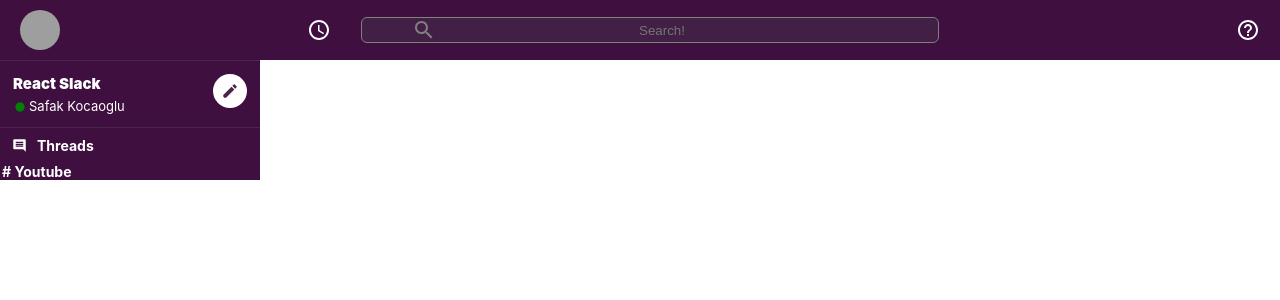
Repository: mminhaz93/React-Slack-Clone
Page: /
An editor plug-in stored every save of this project. The page is shown before and after the next save, followed by the edit.
The browser window is 1280 px wide. The pictures show the whole page.
Pictures or frames that could not be fetched are drawn as grey boxes. The project was rebuilt for these pictures with package versions that can differ from the ones it lists, and the page was loaded fresh each time.

Above is the page before, as saved 2020-08-13 21:23:28.

### src/index.css
* {
  margin: 0;
}

body {
  margin: 0;
  font-family: -apple-system, BlinkMacSystemFont, 'Segoe UI', 'Roboto', 'Oxygen',
    'Ubuntu', 'Cantarell', 'Fira Sans', 'Droid Sans', 'Helvetica Neue',
    sans-serif;
  -webkit-font-smoothing: antialiased;
  -moz-osx-font-smoothing: grayscale;
}

code {
  font-family: source-code-pro, Menlo, Monaco, Consolas, 'Courier New',
    monospace;
}

### src/App.js
import React from 'react';
import './App.css';
import Header from "./components/Header"
import Sidebar from "./components/Sidebar"

function App() {
  return (
    <div className="App">
      <Header />
      <div className="appBody">
        <Sidebar />
      </div>
    </div>
  );
}

export default App;

### src/components/Header.js
import React from "react";
import "./Header.css";
import { Avatar } from "@material-ui/core";
import { AccessTime, Search, HelpOutline } from "@material-ui/icons";

const Header = () => {
  return (
    <div className="header">
      <div className="headerLeft">
        <Avatar className="headerAvatar" alt="Safak" src="safak" />
        <AccessTime />
      </div>
      <div className="headerSearch">
        <Search />
        <input placeholder="Search!" />
      </div>
      <div className="headerRight">
        <HelpOutline />
      </div>
    </div>
  );
};

export default Header;

### src/components/Sidebar.js
import React from "react";
import "./Sidebar.css";
import { FiberManualRecord, Create, InsertComment } from "@material-ui/icons";
import SidebarOption from "./SidebarOption";

const Sidebar = () => {
  return (
    <div className="sidebar">
      <div className="sidebarHeader">
        <div className="sidebarInfo">
          <h2>React Slack</h2>
          <h3>
            <FiberManualRecord />
            Safak Kocaoglu
          </h3>
        </div>
        <Create />
      </div>
      <SidebarOption Icon={InsertComment} title="Threads" />
      <SidebarOption title="Youtube" />
    </div>
  );
};

export default Sidebar;

### src/components/Header.css
.header {
  display: flex;
  align-items: center;
  justify-content: space-between;
  padding: 10px 0;
  background-color: var(--slack-color);
  color: white;
}

.headerLeft {
  flex: 0.3;
  display: flex;
  align-items: center;
  margin-left: 20px;
}

.headerLeft > .MuiSvgIcon-root {
  margin-left: auto;
  margin-right: 30px;
}

.headerSearch {
  flex: 0.4;
  background-color: #421f44;
  text-align: center;
  display: flex;
  padding: 0 50px;
  color: gray;
  border: 1px solid gray;
  border-radius: 6px;
}

.headerSearch > input {
  background-color: transparent;
  border: none;
  text-align: center;
  min-width: 35vw;
}

.headerRight {
  flex: 0.3;
  display: flex;
  align-items: flex-end;
}

.headerRight > .MuiSvgIcon-root {
    margin-left: auto;
    margin-right: 20px;
  }

### src/components/Sidebar.css
.sidebar {
  background-color: var(--slack-color);
  border-top: 1px solid #49274b;
  max-width: 260px;
  color: white;
}

.sidebarHeader {
  display: flex;
  border-bottom: 1px solid #49274b;
  padding-bottom: 10px;
  padding: 13px;
}

.sidebarInfo {
  flex: 1;
}

.sidebarInfo > h2 {
  font-size: 15px;
  font-weight: 900;
  margin-bottom: 5px;
}

.sidebarInfo > h3 {
  display: flex;
  align-items: center;
  font-size: 13px;
  font-weight: 400;
}

.sidebarInfo > h3 > .MuiSvgIcon-root {
  font-size: 14px;
  margin-top: 1px;
  margin-right: 2px;
  color: green;
}

.sidebarHeader > .MuiSvgIcon-root {
  padding: 8px;
  color: #49274b;
  font-size: 18px;
  background-color: white;
  border-radius: 999px;
}

### src/components/SidebarOption.js
import React from "react";
import "./SidebarOption.css";

const SidebarOption = ({ Icon, title }) => {
  return (
    <div className="sidebarOption">
      {Icon && <Icon className="sidebarOptionIcon" />}
      {Icon ? <h3>{title}</h3> : <h3 className="SidebarOptionChannel"><span className="SidebarOptionHash">#</span> {title}</h3>}
    </div>
  );
};

export default SidebarOption;

### src/components/SidebarOption.css
.sidebarOption {
  display: flex;
  align-items: center;
  font-size: 12px;
  padding-left: 2px;
  cursor: pointer;
}

.sidebarOption:hover {
  opacity: 0.9;
  background-color: #340e36;
}

.sidebarOptionIcon {
  padding: 10px;
  font-size: 15px !important;
}

Loaded but not shown: public/index.html (common file); src/index.js (common file); src/serviceWorker.js (common file); src/App.css (common file)

After the next save:
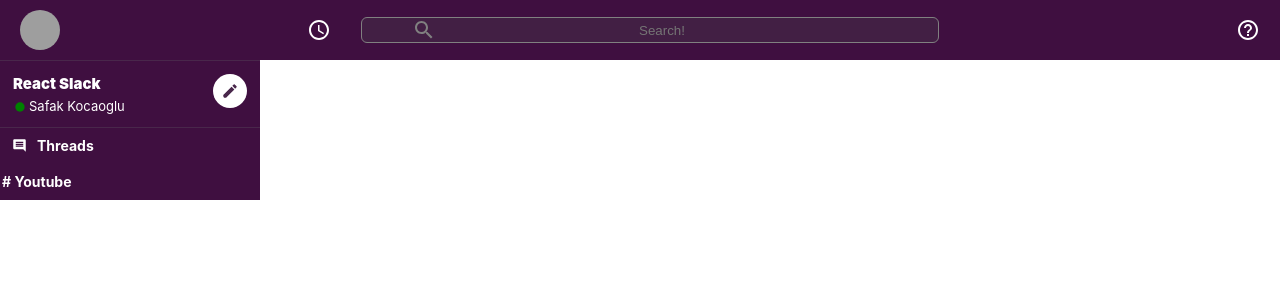
Saved 16 s later.
--- a/src/components/SidebarOption.css
+++ b/src/components/SidebarOption.css
@@ -15,3 +15,7 @@
   padding: 10px;
   font-size: 15px !important;
 }
+
+.SidebarOptionChannel {
+  padding: 10px 0;
+}
